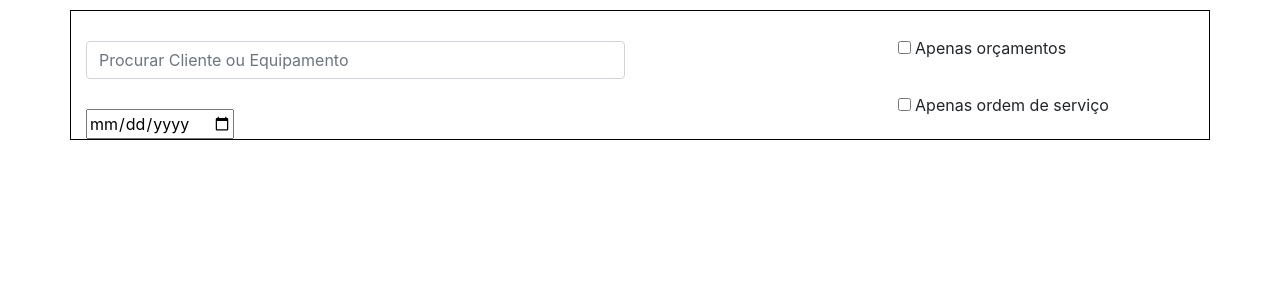
Repository: gabrielfeliphe/AssistenciaTecnica
Page: PI-AssistenciaTecnica/WebContent/pages/adm/funcao/relatorio_adm.html
These files come from the project's save history. The page is drawn as it stood at one moment and after the next save; the edit follows.
The browser window is 1280 px wide. The pictures show the whole page.
Some web libraries are served in a nearby version.

Above is the page before, as saved 2021-10-18 22:40:26.
Console error: TypeError: Cannot read properties of undefined (reading 'fn')

### PI-AssistenciaTecnica/WebContent/pages/adm/funcao/relatorio_adm.html
<!DOCTYPE html>
<html>
<head>
<meta charset="UTF-8">
<title>Relatorio Administrador</title>

<link rel="stylesheet" href="https://stackpath.bootstrapcdn.com/bootstrap/4.1.3/css/bootstrap.min.css" integrity="sha384-MCw98/SFnGE8fJT3GXwEOngsV7Zt27NXFoaoApmYm81iuXoPkFOJwJ8ERdknLPMO" crossorigin="anonymous">
<script src="https://stackpath.bootstrapcdn.com/bootstrap/4.1.3/js/bootstrap.min.js" integrity="sha384-ChfqqxuZUCnJSK3+MXmPNIyE6ZbWh2IMqE241rYiqJxyMiZ6OW/JmZQ5stwEULTy" crossorigin="anonymous"></script>
<link rel="stylesheet" href="https://cdn.jsdelivr.net/npm/bootstrap-icons@1.3.0/font/bootstrap-icons.css" />

<link rel= "stylesheet" type = "text/css" href="../../../css/general.css">

</head>
<body>
	<div class= "container">
		<div class = "row" id="box">
			<div class="col-sm">
			 	 <input type="text" class="form-control"  placeholder="Procurar Cliente ou Equipamento">
			 	  <input type="date" id="diaa" name="diaa">

			</div>
			<div class="col-sm">
			<input type="checkbox" id="orcamento" name="orcamento" value="1">
			<label for="vehicle1"> Apenas orçamentos</label><br>
			<input type="checkbox" id="ordemservico" name="ordemservico" value="2">
			<label for="vehicle2"> Apenas ordem de serviço</label><br>
			</div>
		</div>
	</div>

<div id= "lista-orcamento" class = "lista-tabela">
</div>

</body>
</html>

### PI-AssistenciaTecnica/WebContent/css/general.css
#box{
	border:solid 1px black;
	margin-top: 10px;
}

#box input{
	margin-top: 30px;
}


input[type=checkbox]{
	margin-left:45%;
}

button{
	height: 30px;
	width: 100px;
	margin: 20px;
}

.botoes{
	margin-top: 5%;
	text-align: center;
	display:block;
}


.btn1{
	 float: left;

}

.btn2{
	  float: right;

}

h4{
	margin-top: 2px;
	text-align: center;
}

.exibeInformacoes{
	cursor: pointer;
}

.exibeInformacoes:hover{
	color: #7FFFD4;
}

#procurarClienteAlmoxarife{
	margin-left: 30px;
	margin-bottom: 30px;
}

#lista-orcamento table{
	margin-top:2%;
	width:90%;
	margin-left: auto;
	margin-right: auto;
}

#modalAviso, .modalEditar{
	display: none;
}

After the next save:
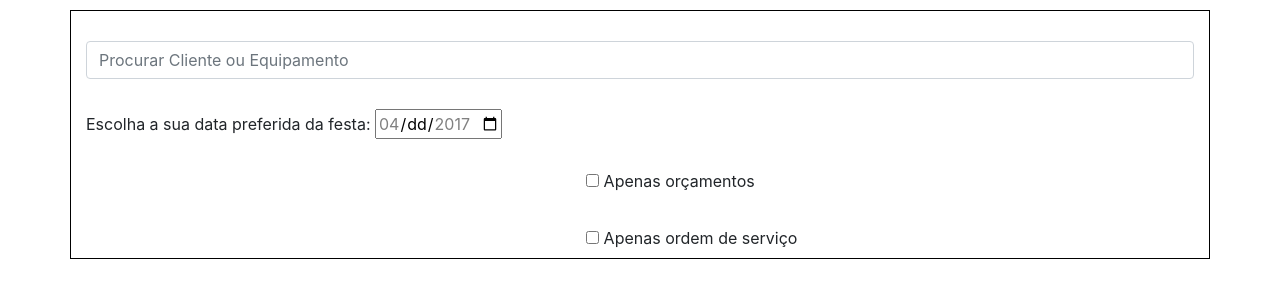
Saved 40 s later.
--- a/PI-AssistenciaTecnica/WebContent/pages/adm/funcao/relatorio_adm.html
+++ b/PI-AssistenciaTecnica/WebContent/pages/adm/funcao/relatorio_adm.html
@@ -16,7 +16,9 @@
 		<div class = "row" id="box">
 			<div class="col-sm">
 			 	 <input type="text" class="form-control"  placeholder="Procurar Cliente ou Equipamento">
-			 	  <input type="date" id="diaa" name="diaa">
+			 	  <div>
+    <label for="festa">Escolha a sua data preferida da festa:</label>
+    <input type="date" id="festa" name="festa" min="2017-04-01" max="2017-04-30">
 
 			</div>
 			<div class="col-sm">
